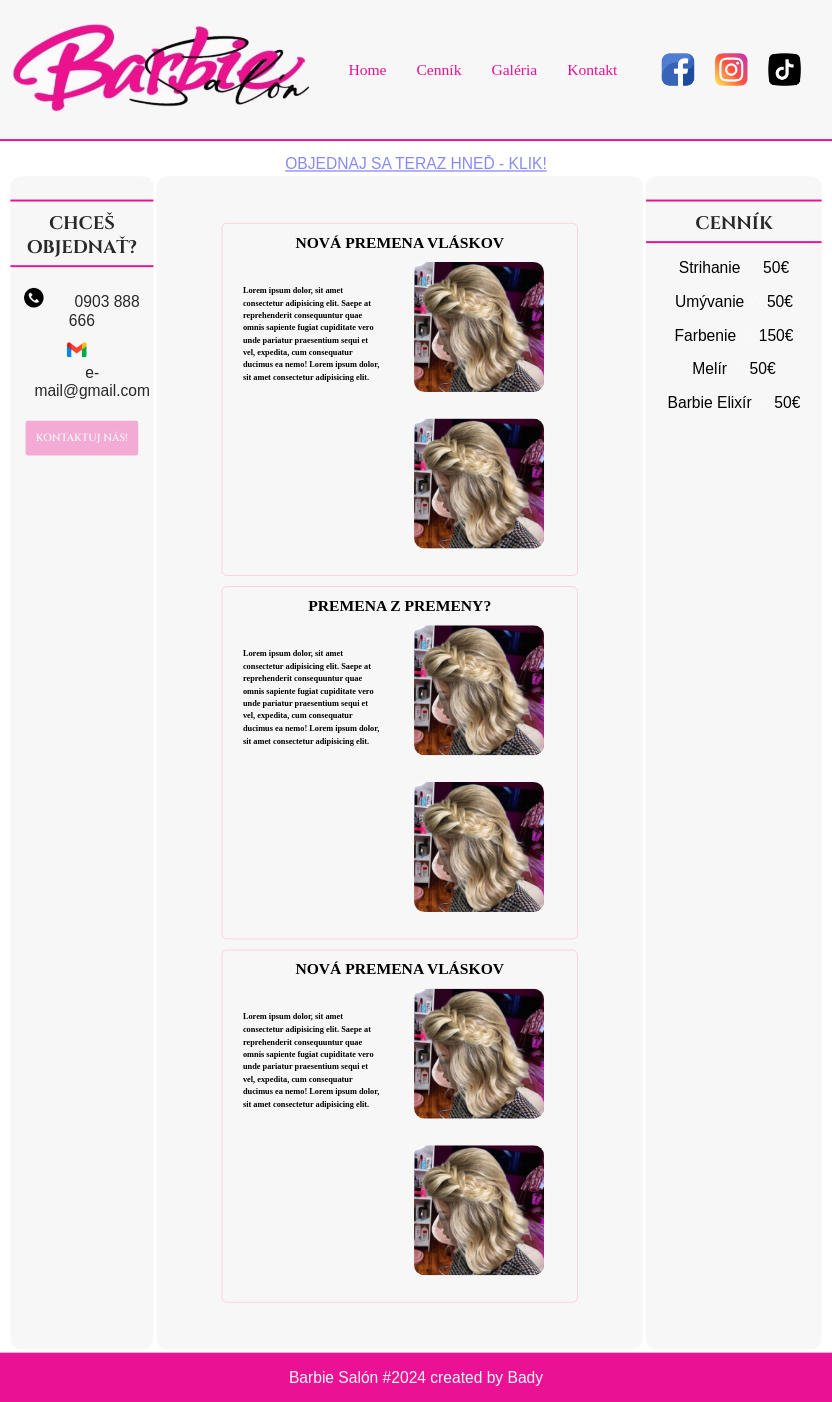
Repository: Badynko/Barbie-salon
Page: index.html
An editor plug-in stored every save of this project. The page is shown before and after the next save, followed by the edit.
The browser window is 1280 px wide. The pictures show the whole page, at 65% of full size.
Some web fonts or font styles are not loaded; a fallback is used.

Above is the page before, as saved 2024-08-09 08:32:39.

After the next save:
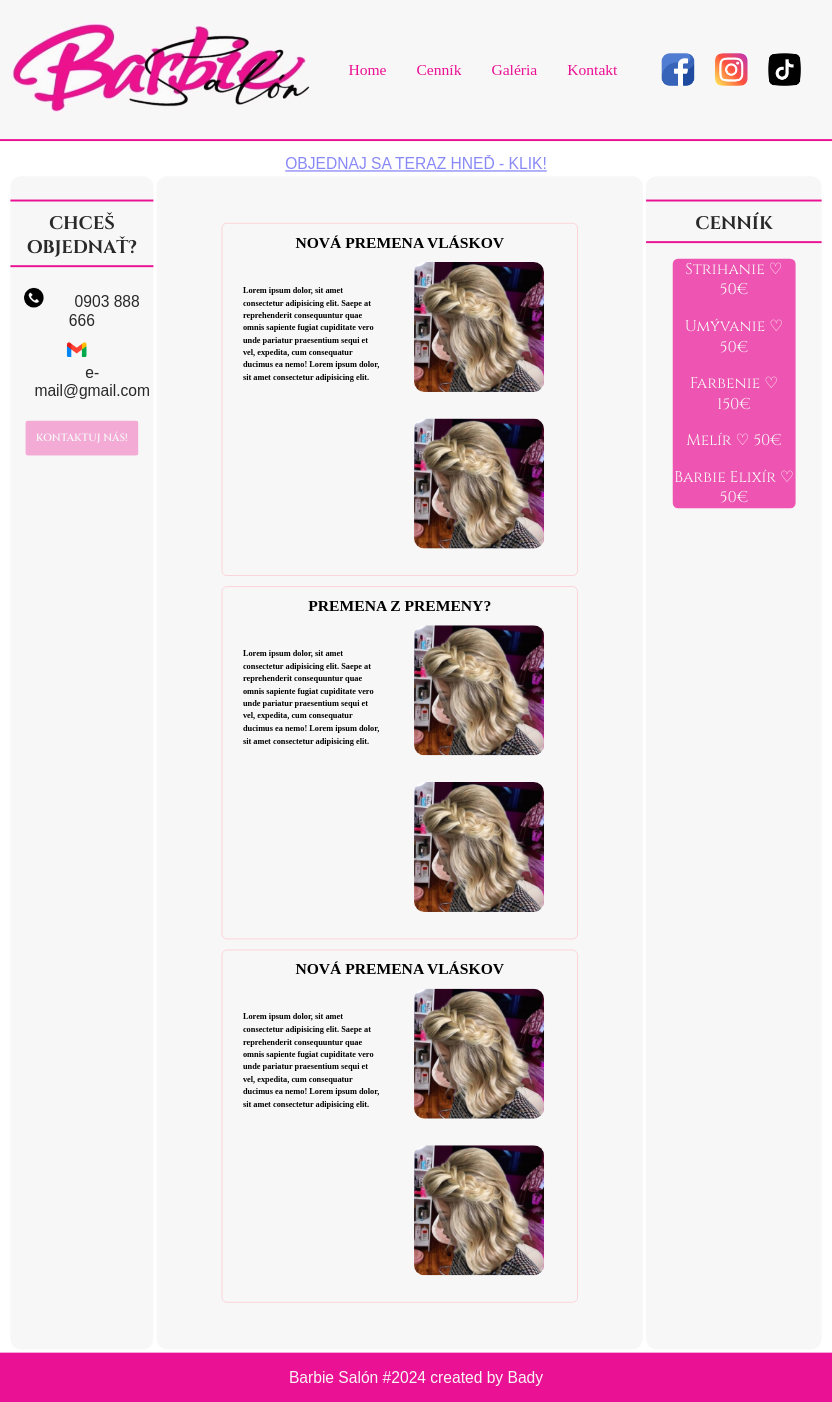
Saved 39 s later.
--- a/css/style.css
+++ b/css/style.css
@@ -251,6 +251,16 @@
   list-style: none;
 }
 
+.prices {
+    background-color: rgba(235, 17, 148, 0.7);
+    color: #f7f7f7;
+    width: 70%;
+    margin: 0 auto;
+    margin-top: 1rem;
+    border-radius: 0.5rem;
+    font-family: "Cinzel", serif;
+  }
+
 .price {
   margin-top: 1.5rem;
 }
